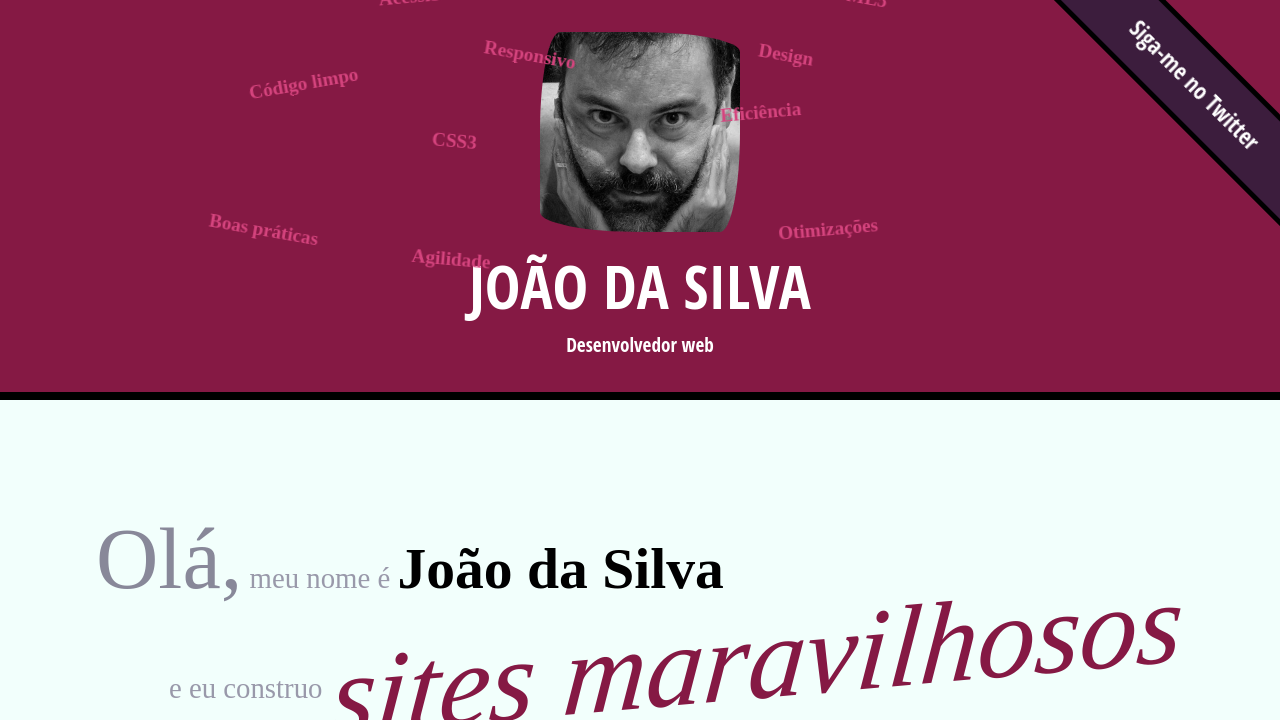
Repository: MichelMiola/html5Css3Avancado
Page: projeto/index.html
The author's editor kept a copy of each file at every save. The page is drawn from the files as they stood at one save, then again after the next save.
The browser window is 1280 px wide. The pictures show the whole page.
An inner scrolling area shows only its first screen. Some web fonts or font styles are not loaded; a fallback is used.

Above is the page before, as saved 2015-03-20 19:13:56.

After the next save:
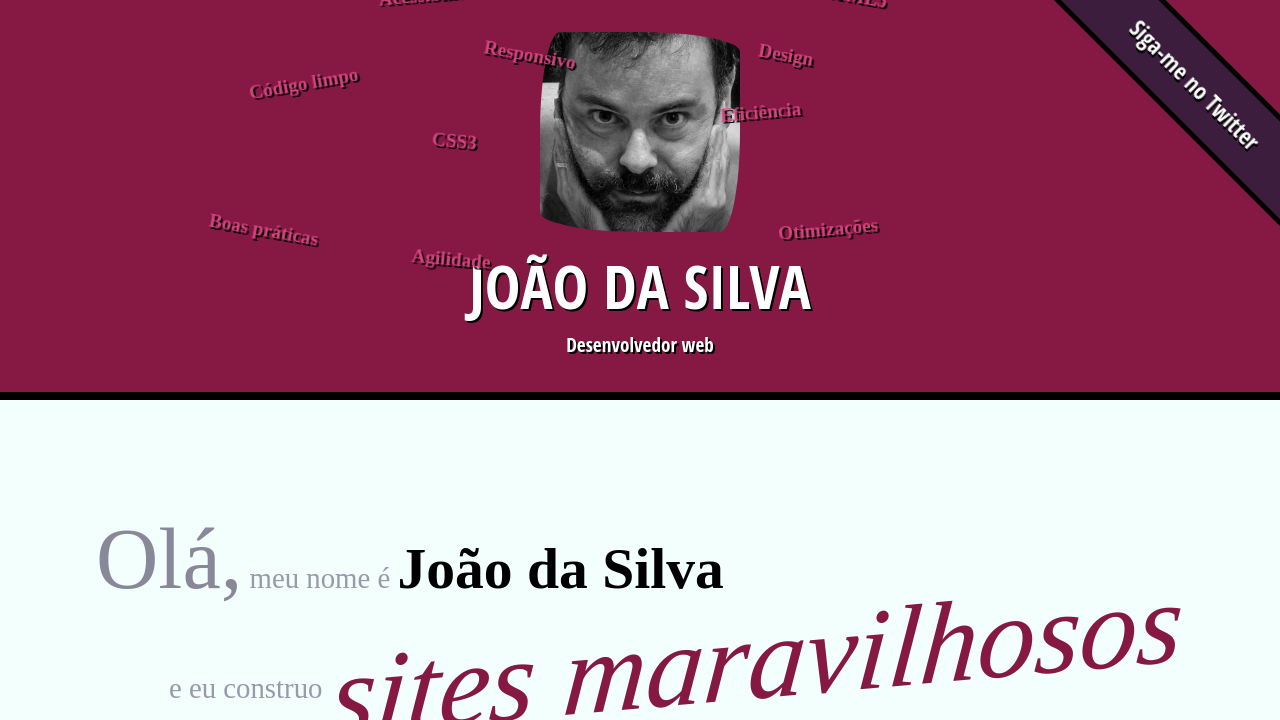
Saved 27 min 53 s later.
--- a/projeto/css/index.css
+++ b/projeto/css/index.css
@@ -9,6 +9,7 @@
 .palavras-home,
 .titulo-principal {
   transform-style: preserve-3d;
+  text-shadow: 2px 2px #000;
 }
 .foto-home {
 	height: 200px;
